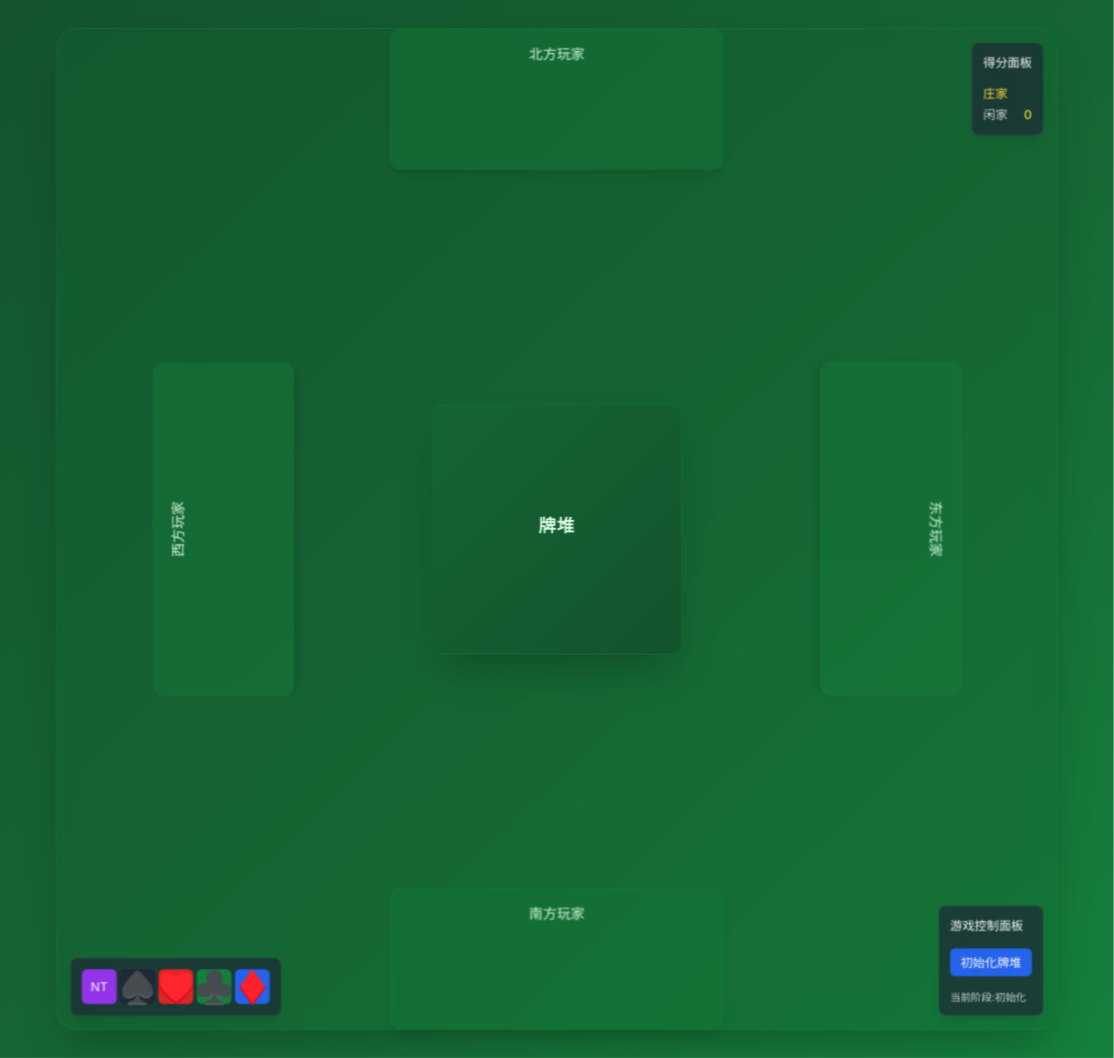
Repository: laofansay/Tractor80
Page: /
The author's editor kept a copy of each file at every save. The page is drawn from the files as they stood at one save, then again after the next save.
The browser window is 1280 px wide. The pictures show the whole page, at 87% of full size.
The project was rebuilt for these pictures with package versions that can differ from the ones it lists, and the page was loaded fresh each time. The framework's server and built-in components were replaced by stand-ins that run in the browser. Also part of the build but not shown: next.config.js, app/components/Card.tsx.

Above is the page before, as saved 2025-03-09 00:23:13.

After the next save:
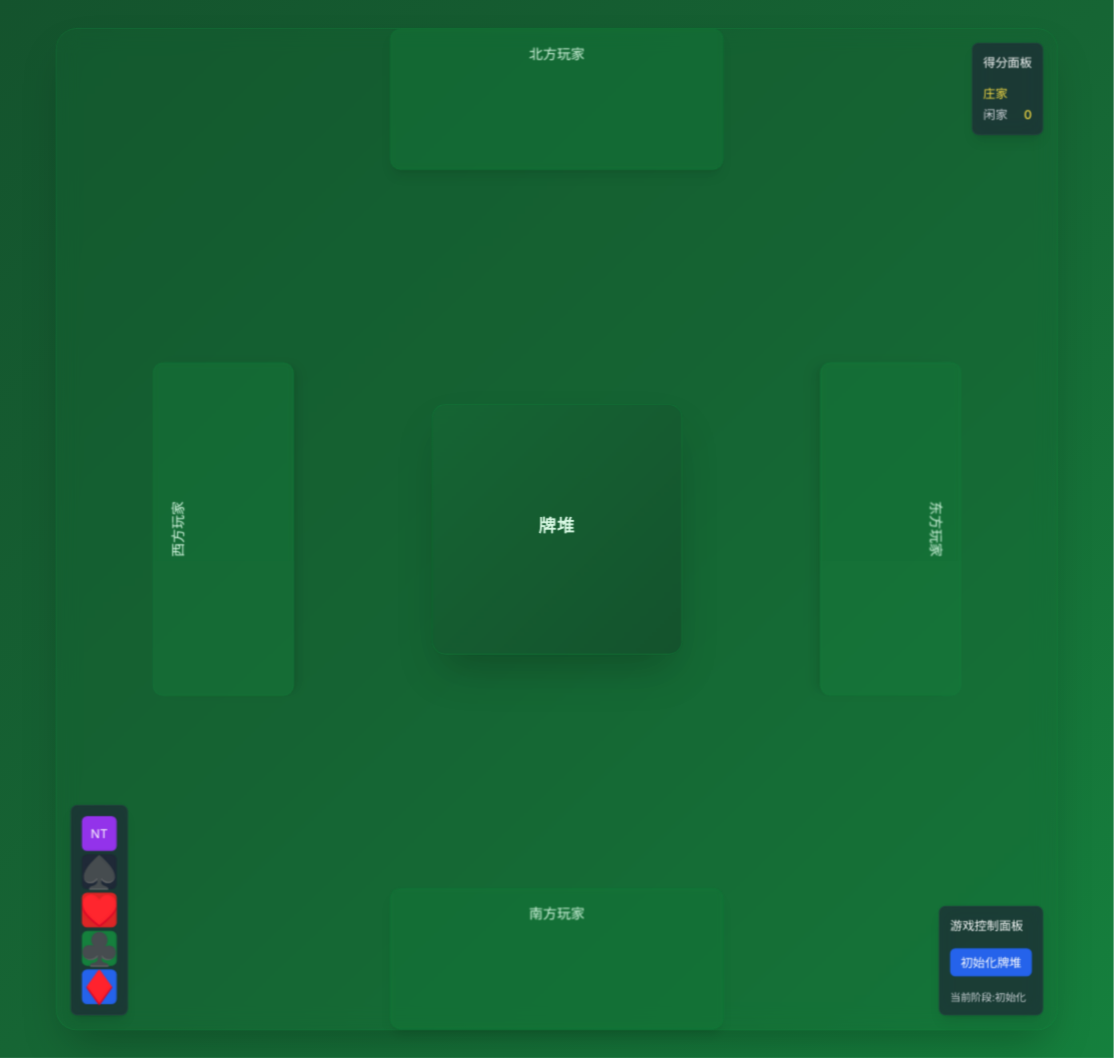
Saved 8 s later.
--- a/app/components/TrumpSelectionPanel.tsx
+++ b/app/components/TrumpSelectionPanel.tsx
@@ -15,7 +15,7 @@
 
   return (
     <div className="absolute bottom-4 left-4 p-3 bg-gray-800/70 rounded-lg backdrop-blur-md border border-gray-700/50 shadow-lg">
-      <div className="flex flex-row gap-1">
+      <div className="flex flex-col gap-1">
         <button
           onClick={() => onSelectTrump(null)}
           className="w-10 h-10 bg-purple-600 hover:bg-purple-500 text-white rounded-md transition-colors text-sm flex items-center justify-center"

After the save that followed:
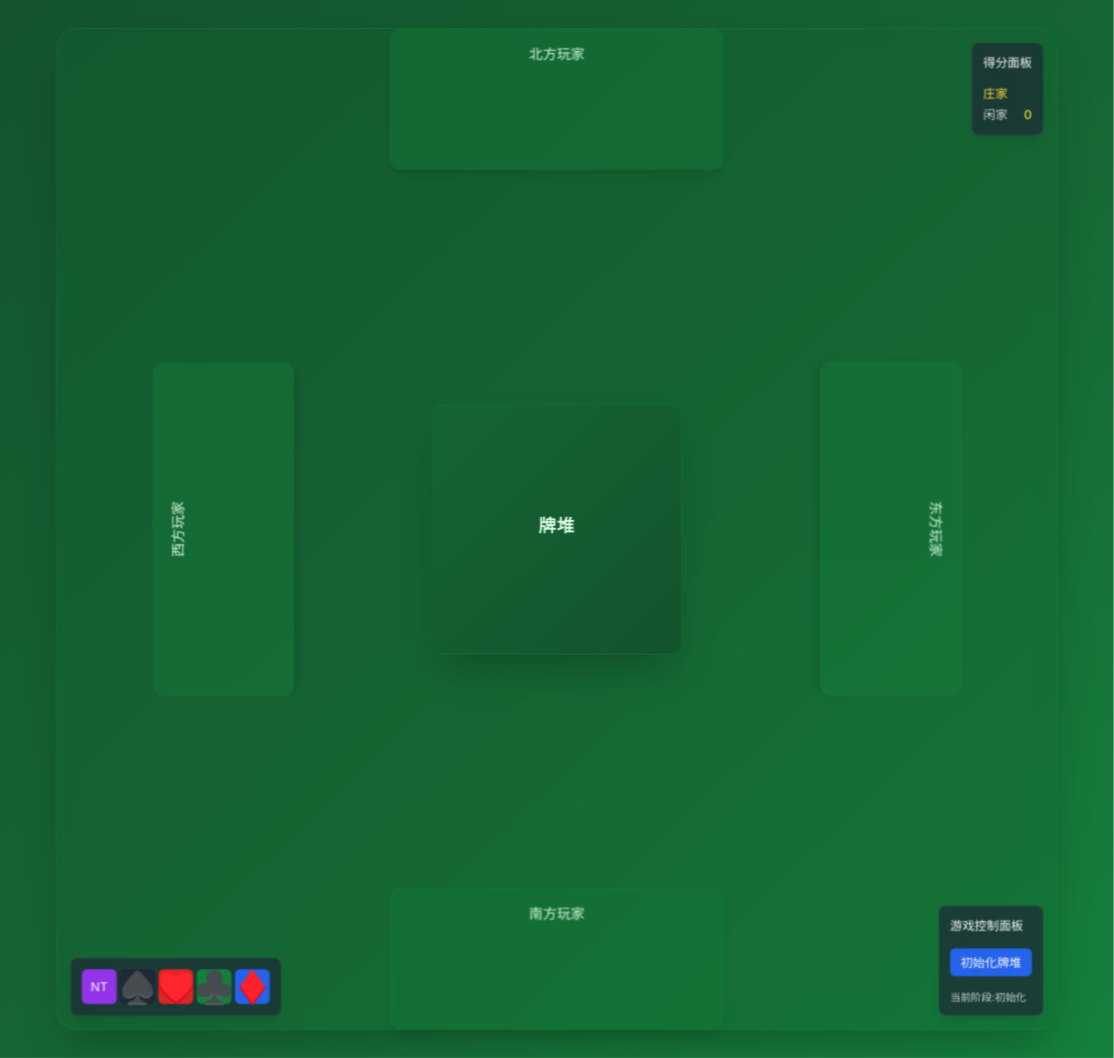
Saved 4 s later.
--- a/app/components/TrumpSelectionPanel.tsx
+++ b/app/components/TrumpSelectionPanel.tsx
@@ -15,7 +15,7 @@
 
   return (
     <div className="absolute bottom-4 left-4 p-3 bg-gray-800/70 rounded-lg backdrop-blur-md border border-gray-700/50 shadow-lg">
-      <div className="flex flex-col gap-1">
+      <div className="flex flex-row gap-1">
         <button
           onClick={() => onSelectTrump(null)}
           className="w-10 h-10 bg-purple-600 hover:bg-purple-500 text-white rounded-md transition-colors text-sm flex items-center justify-center"
